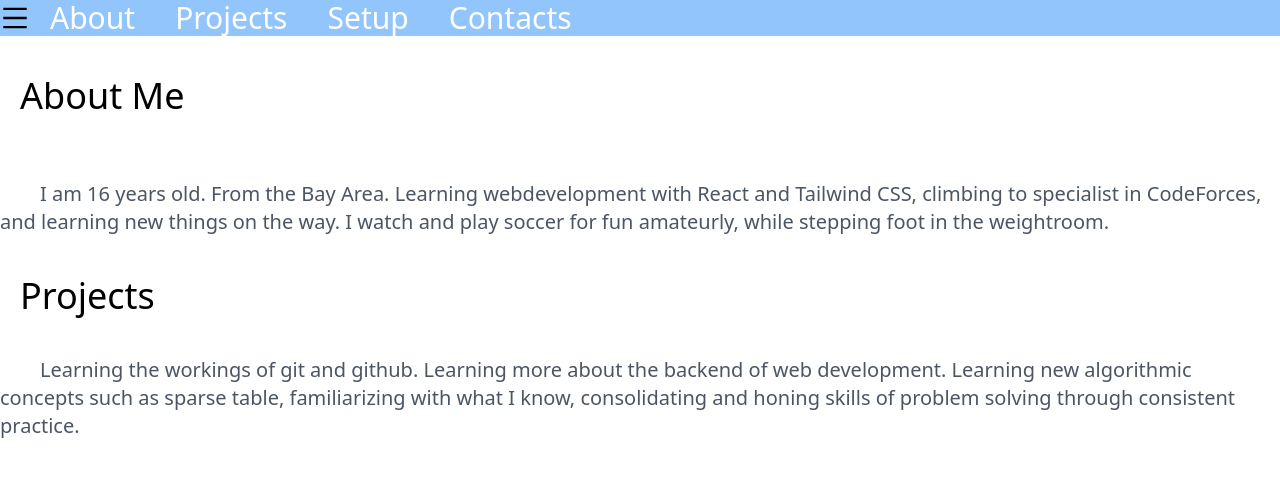
Repository: joshuayanggithub/joshua-yang-website
Page: /
An editor plug-in stored every save of this project. The page is shown before and after the next save, followed by the edit.
The browser window is 1280 px wide. The pictures show the whole page.
The project was rebuilt for these pictures with package versions that can differ from the ones it lists, and the page was loaded fresh each time.

Above is the page before, as saved 2023-01-06 22:34:34.

After the next save:
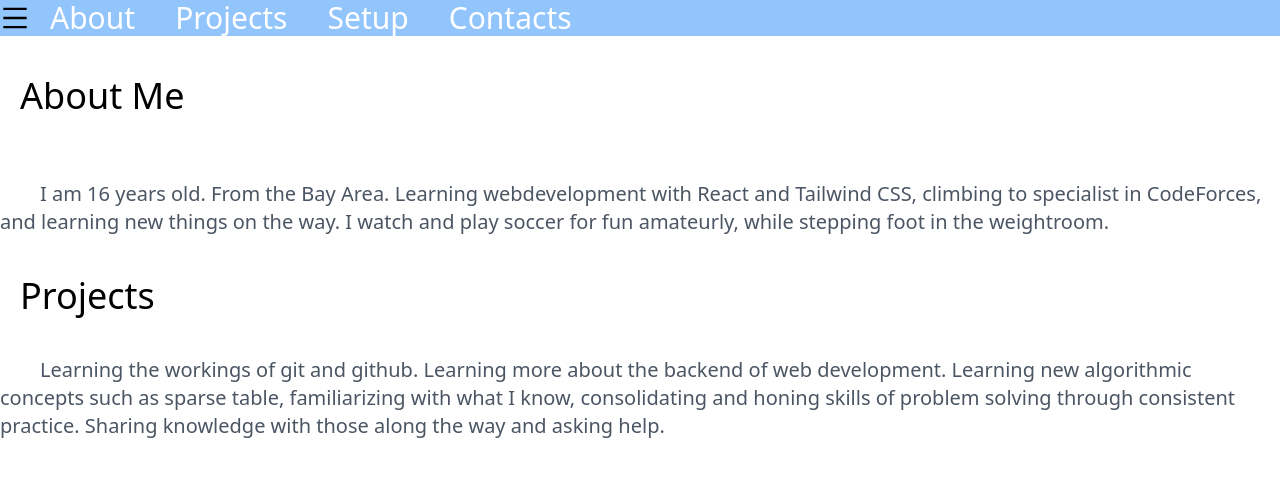
Saved 8 s later.
--- a/src/components/Projects.jsx
+++ b/src/components/Projects.jsx
@@ -5,7 +5,7 @@ const Projects = () => {
     <div class="flex flex-col">
       <h1 class="text-black text-4xl float-left px-5 my-10">Projects</h1>
       <p class="indent-10 text-gray-600 text-xl">
-        Learning the workings of git and github. Learning more about the backend of web development. Learning new algorithmic concepts such as sparse table, familiarizing with what I know,  consolidating and honing skills of problem solving through consistent practice.
+        Learning the workings of git and github. Learning more about the backend of web development. Learning new algorithmic concepts such as sparse table, familiarizing with what I know,  consolidating and honing skills of problem solving through consistent practice. Sharing knowledge with those along the way and asking help.
       </p>
     </div>
   );
